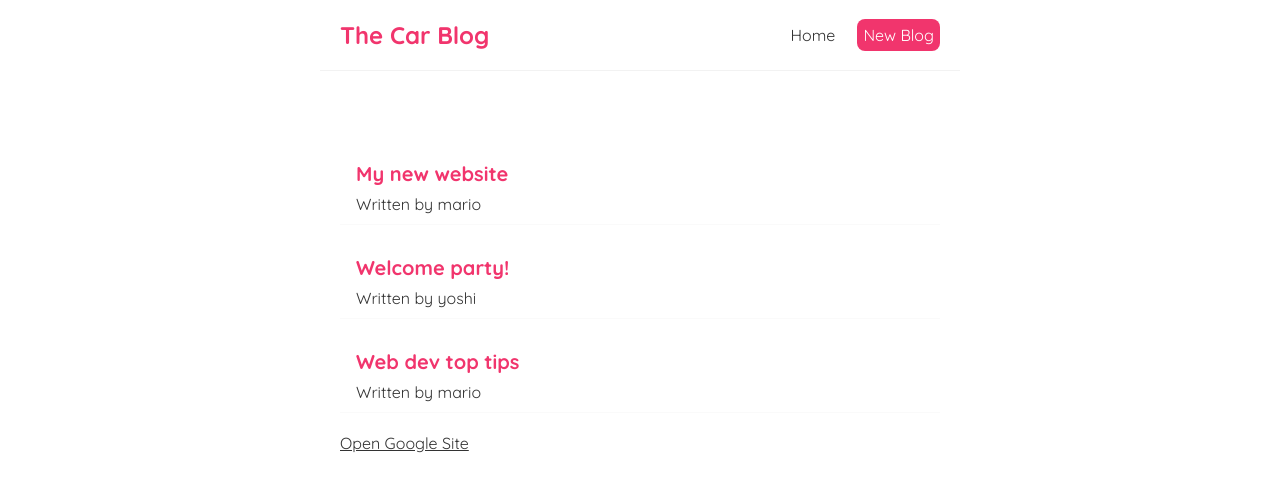
Repository: anuragkej/blogster
Page: /
These files come from the project's save history. The page is drawn as it stood at one moment and after the next save; the edit follows.
The browser window is 1280 px wide. The pictures show the whole page.
The project was rebuilt for these pictures with package versions that can differ from the ones it lists, and the page was loaded fresh each time.

Above is the page before, as saved 2024-08-27 01:28:49.

### src/index.css
@import url("https://fonts.googleapis.com/css2?family=Quicksand:wght@300;400;500;600;700&display=swap");

* {
  margin: 0;
  font-family: "Quicksand";
  color: #333;
}
.navbar {
  padding: 20px;
  display: flex;
  align-items: center;
  max-width: 600px;
  margin: 0 auto;
  border-bottom: 1px solid #f2f2f2;
}
.navbar h1 {
  color: #f1356d;
}
.navbar .links {
  margin-left: auto;
}
.navbar a {
  margin-left: 16px;
  text-decoration: none;
  padding: 6px;
}
.navbar a:hover {
  color: #f1356d;
}
.content {
  max-width: 600px;
  margin: 40px auto;
  padding: 20px;
}
/* blog previews / list */
.blog-preview {
  padding: 10px 16px;
  margin: 20px 0;
  border-bottom: 1px solid #fafafa;
}
.blog-preview:hover {
  box-shadow: 1px 3px 5px rgba(0, 0, 0, 0.1);
}
.blog-preview h2 {
  font-size: 20px;
  color: #f1356d;
  margin-bottom: 8px;
}

### src/App.js
import Navbar from "./Navbar";
import Home from "./Home";

function App() {
  const title = "Welcome to Blogster";
  const likes = 50;
  const link = "http://www.google.com";

  // react converts everything to string before outputting to browser, so don't need to worry about typecasting

  return (
    <div className="App">
      <Navbar></Navbar>
      <div className="content">
        <Home />

        <a href={link}>Open Google Site</a>
      </div>
    </div>
  );
}

export default App;

### src/Navbar.js
const Navbar = () => {
  return (
    <nav className="navbar">
      <h1>The Car Blog</h1>
      <div className="links">
        <a href="/">Home</a>
        <a
          href="/create"
          style={{
            color: "white",
            backgroundColor: "#f1356d",
            borderRadius: "8px",
          }}
        >
          New Blog
        </a>
      </div>
    </nav>
  );
};

export default Navbar;

### src/Home.js
import { useState } from "react";

const Home = () => {
  const [blogs, setBlogs] = useState([
    { title: "My new website", body: "lorem ipsum...", author: "mario", id: 1 },
    { title: "Welcome party!", body: "lorem ipsum...", author: "yoshi", id: 2 },
    {
      title: "Web dev top tips",
      body: "lorem ipsum...",
      author: "mario",
      id: 3,
    },
  ]);

  return (
    <div className="home">
      {blogs.map((blog) => (
        <div className="blog-preview" key={blog.id}>
          <h2>{blog.title}</h2>
          <p>Written by {blog.author}</p>
        </div>
      ))}
    </div>
  );
};

export default Home;

Loaded but not shown: public/index.html (common file); src/index.js (common file)

After the next save:
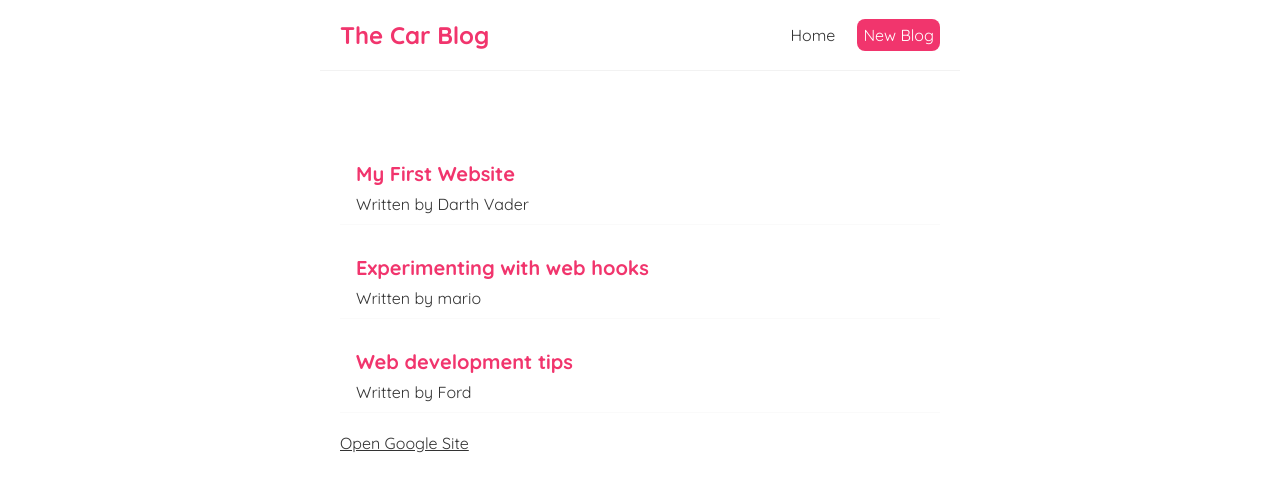
Saved 2 min 8 s later.
--- a/src/Home.js
+++ b/src/Home.js
@@ -2,12 +2,22 @@ import { useState } from "react";
 
 const Home = () => {
   const [blogs, setBlogs] = useState([
-    { title: "My new website", body: "lorem ipsum...", author: "mario", id: 1 },
-    { title: "Welcome party!", body: "lorem ipsum...", author: "yoshi", id: 2 },
     {
-      title: "Web dev top tips",
-      body: "lorem ipsum...",
+      title: "My First Website",
+      body: "Developing website with react.",
+      author: "Darth Vader",
+      id: 1,
+    },
+    {
+      title: "Experimenting with web hooks",
+      body: "sample text",
       author: "mario",
+      id: 2,
+    },
+    {
+      title: "Web development tips",
+      body: "Porsche 911 v. Lamborghini Huracan",
+      author: "Ford",
       id: 3,
     },
   ]);
